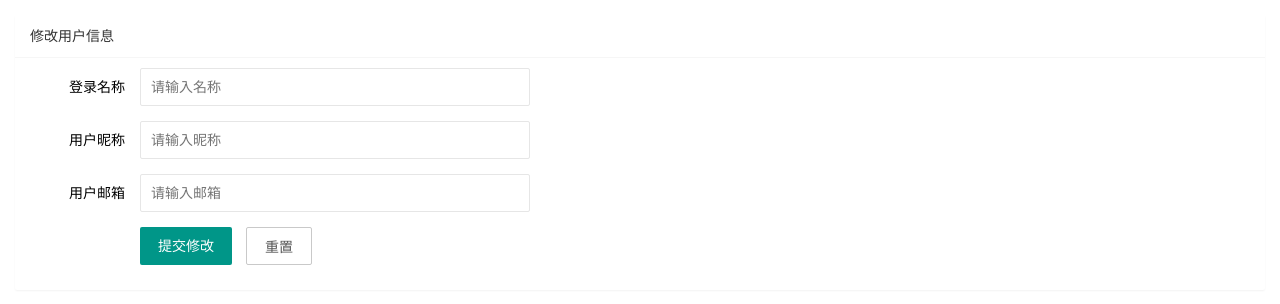
Repository: xxsleep/-
Page: home/user/user_pwd.html
The author's editor kept a copy of each file at every save. The page is drawn from the files as they stood at one save, then again after the next save.
The browser window is 1280 px wide. The pictures show the whole page.

Above is the page before, as saved 2020-11-25 16:58:43.

After the next save:
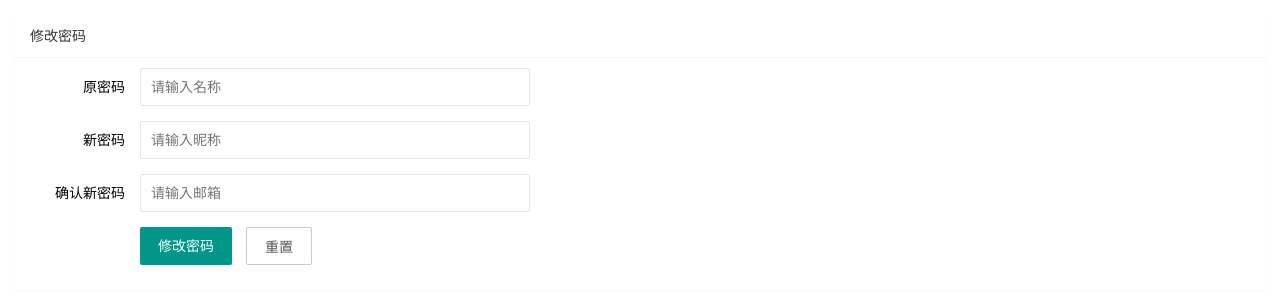
Saved 118 s later.
--- a/home/user/user_pwd.html
+++ b/home/user/user_pwd.html
@@ -11,25 +11,25 @@
 
 <body>
     <div class="layui-card">
-        <div class="layui-card-header">修改用户信息</div>
+        <div class="layui-card-header">修改密码</div>
         <div class="layui-card-body">
             <form class="layui-form" lay-filter="form" id="smBtn">
                 <div class="layui-form-item">
-                    <label class="layui-form-label">登录名称</label>
+                    <label class="layui-form-label">原密码</label>
                     <div class="layui-input-block">
                         <input type="text" name="username" required lay-verify="required" placeholder="请输入名称"
                             autocomplete="off" class="layui-input" readonly>
                     </div>
                 </div>
                 <div class="layui-form-item">
-                    <label class="layui-form-label">用户昵称</label>
+                    <label class="layui-form-label">新密码</label>
                     <div class="layui-input-block">
                         <input type="text" name="nickname" required lay-verify="required" placeholder="请输入昵称"
                             autocomplete="off" class="layui-input">
                     </div>
                 </div>
                 <div class="layui-form-item">
-                    <label class="layui-form-label">用户邮箱</label>
+                    <label class="layui-form-label">确认新密码</label>
                     <div class="layui-input-block">
                         <input type="text" name="email" required lay-verify="required" placeholder="请输入邮箱"
                             autocomplete="off" class="layui-input">
@@ -37,7 +37,7 @@
                 </div>
                 <div class="layui-form-item">
                     <div class="layui-input-block">
-                        <button class="layui-btn" lay-submit lay-filter="formDemo">提交修改</button>
+                        <button class="layui-btn" lay-submit lay-filter="formDemo">修改密码</button>
                         <button type="reset" class="layui-btn layui-btn-primary" id="reBtn">重置</button>
                     </div>
                 </div>
